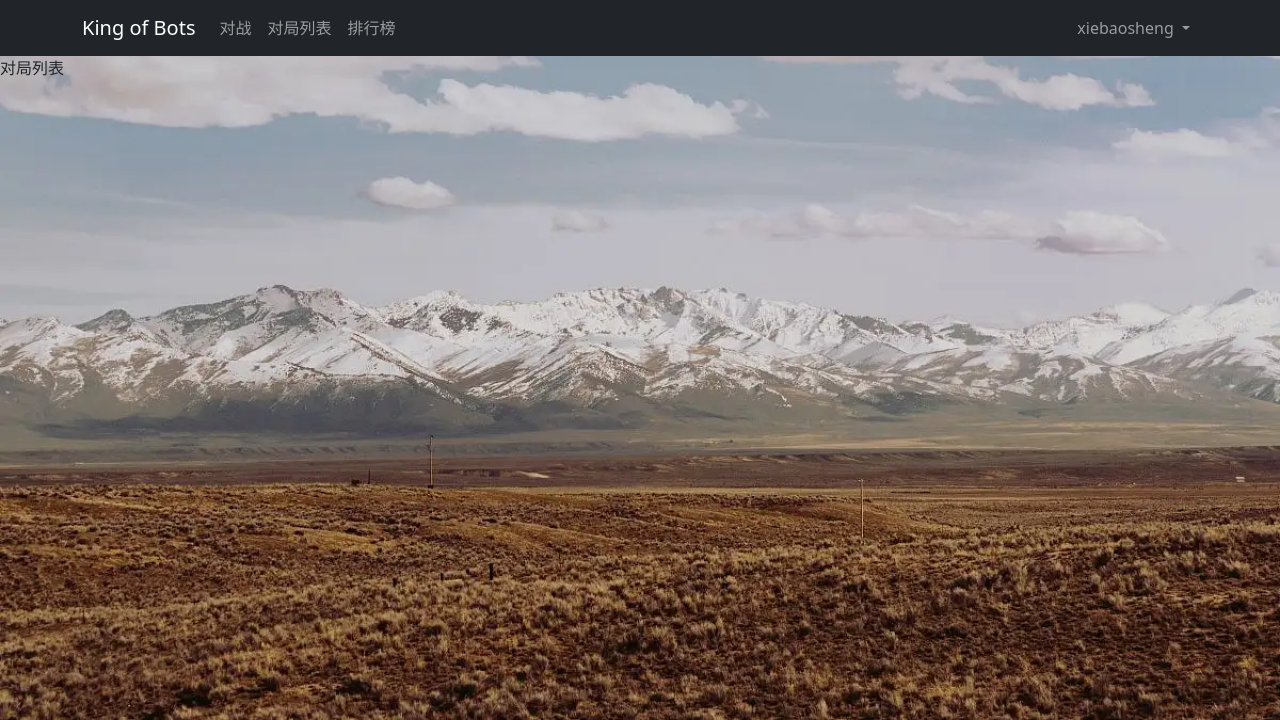
Repository: XieBaosheng/kob
Page: /record (app in web/)
These files come from the project's save history. The page is drawn as it stood at one moment and after the next save; the edit follows.
The browser window is 1280 px wide. The pictures show the whole page.
The project was rebuilt for these pictures with package versions that can differ from the ones it lists, and the page was loaded fresh each time. Also part of the build but not shown: web/vue.config.js, web/src/views/pk/PkIndexView.vue, web/src/views/ranklist/RanklistIndexView.vue, web/src/views/user/bot/UserBotIndexView.vue, web/src/views/error/NotFound.vue. Imported but missing from the stored project, and not drawn on this page: web/src/components/PlayGround.

Above is the page before, as saved 2024-05-26 21:08:08.

After the next save:
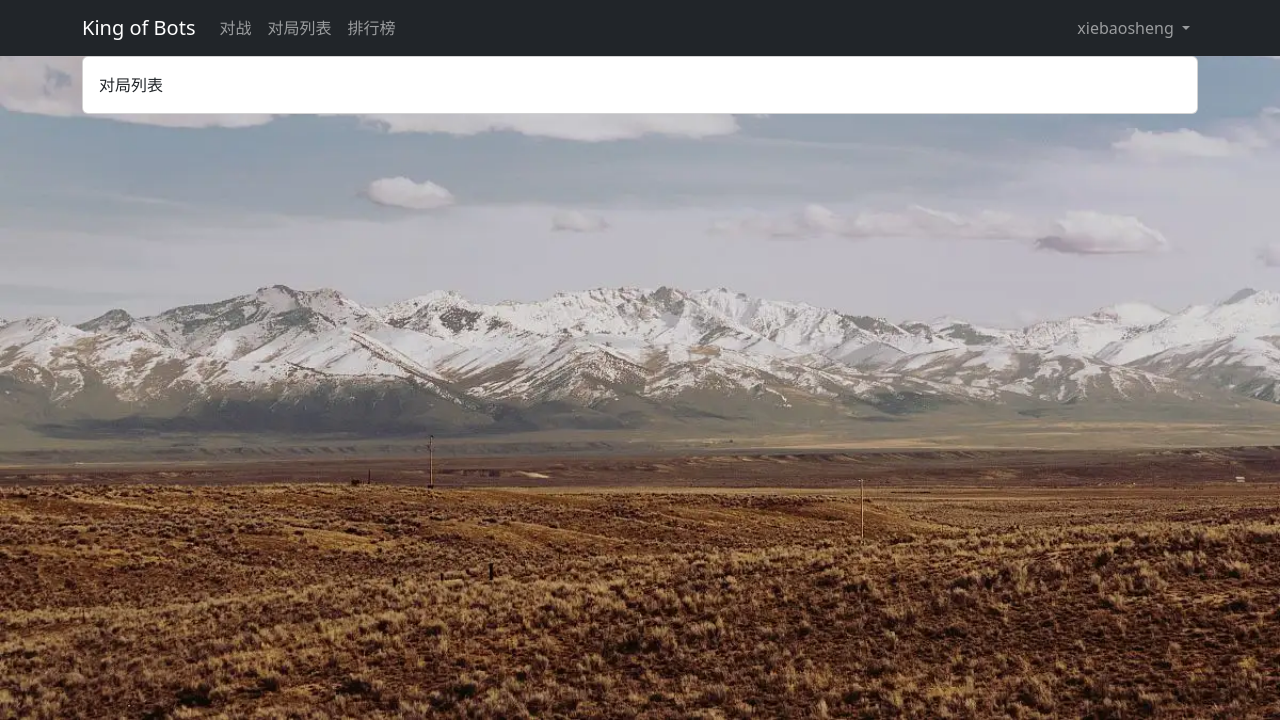
Saved 24 s later.
--- a/web/src/views/record/RecordIndexView.vue
+++ b/web/src/views/record/RecordIndexView.vue
@@ -1,8 +1,17 @@
 <template>
-<div>对局列表</div>
+    <ContentField>
+        对局列表
+    </ContentField>
 </template>
 
 <script>
+import ContentField from '../../components/ContentField.vue'
+
+export default {
+    components: {
+        ContentField
+    }
+}
 </script>
 
 <style scoped>
